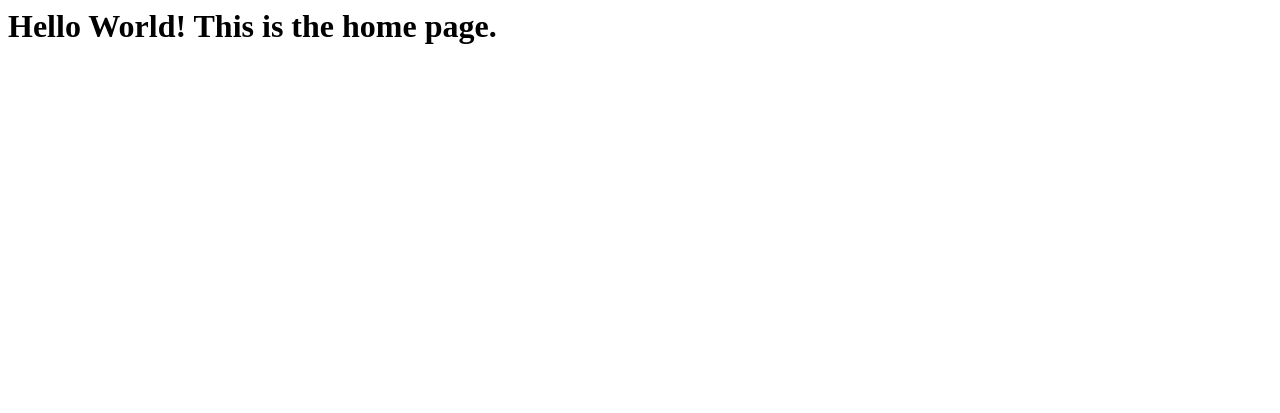
Repository: sameerhussain6/End-to-End-ML-Boston-House-Pricing
Page: http://localhost/
The author's editor kept a copy of each file at every save. The page is drawn from the files as they stood at one save, then again after the next save.
The browser window is 1280 px wide. The pictures show the whole page.
Some web fonts or font styles are not loaded; a fallback is used. The page is served by the project's application, run on Flask 3 (app.py).

Above is the page before, as saved 2025-01-30 12:50:57.

After the next save:
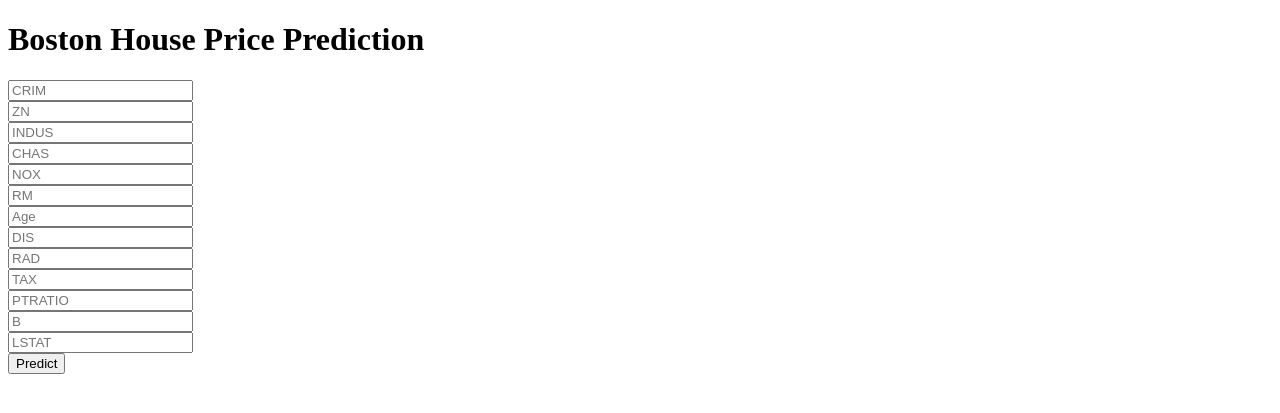
Saved 98 min 13 s later.
--- a/templates/home.html
+++ b/templates/home.html
@@ -1,3 +1,48 @@
-<h1>
-Hello World! This is the home page.
-</h1>
+<!DOCTYPE html>
+<html >
+
+<head>
+  <meta charset="UTF-8">
+  <title>ML API</title>
+  <link href='https://fonts.googleapis.com/css?family=Pacifico' rel='stylesheet' type='text/css'>
+<link href='https://fonts.googleapis.com/css?family=Arimo' rel='stylesheet' type='text/css'>
+<link href='https://fonts.googleapis.com/css?family=Hind:300' rel='stylesheet' type='text/css'>
+<link href='https://fonts.googleapis.com/css?family=Open+Sans+Condensed:300' rel='stylesheet' type='text/css'>
+
+
+</head>
+
+<body>
+ <div class="login">
+	<h1>Boston House Price Prediction</h1>
+
+     <!-- Main Input For Receiving Query to our ML -->
+    <form action="{{ url_for('predict')}}"method="post">
+      <input type="text" name="CRIM" placeholder="CRIM" required="required" /><br>
+    	<input type="text" name="ZN" placeholder="ZN" required="required" /><br>
+        <input type="text" name="INDUS" placeholder="INDUS" required="required" /><br>
+        <input type="text" name="CHAS" placeholder="CHAS" required="required" /><br>
+        <input type="text" name="NOX" placeholder="NOX" required="required" /><br>
+        <input type="text" name="RM" placeholder="RM" required="required" /><br>
+        <input type="text" name="Age" placeholder="Age" required="required" /><br>
+        <input type="text" name="DIS" placeholder="DIS" required="required" /><br>
+        <input type="text" name="RAD" placeholder="RAD" required="required" /><br>
+        <input type="text" name="TAX" placeholder="TAX" required="required" /><br>
+        <input type="text" name="PTRATIO" placeholder="PTRATIO" required="required" /><br>
+        <input type="text" name="B" placeholder="B" required="required" /><br>
+        <input type="text" name="LSTAT" placeholder="LSTAT" required="required" /><br>
+
+
+
+        <button type="submit" class="btn btn-primary btn-block btn-large">Predict</button>
+    </form>
+
+   <br>
+   <br>
+
+
+ </div>
+ {{prediction_text}}
+
+</body>
+</html>
